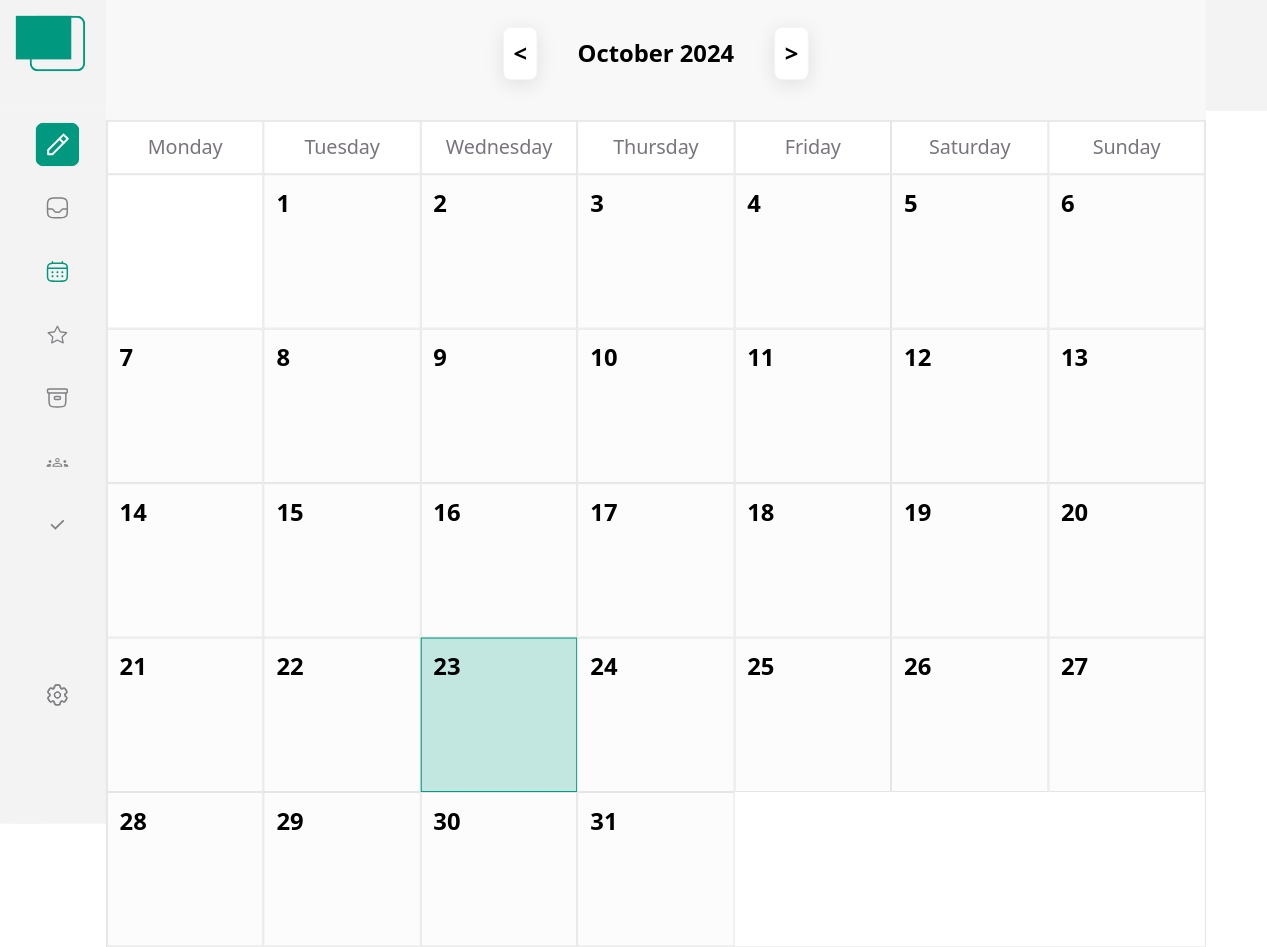
Repository: Tofigkh1/Nomail-App
Page: /calendar
These files come from the project's save history. The page is drawn as it stood at one moment and after the next save; the edit follows.
The browser window is 1280 px wide. The pictures show the whole page, at 99% of full size.
The project was rebuilt for these pictures with package versions that can differ from the ones it lists, and the page was loaded fresh each time. The framework's server and built-in components were replaced by stand-ins that run in the browser. Also part of the build but not shown: next.config.mjs, components/shared/svg/calendarSvg.jsx.

Above is the page before, as saved 2024-10-23 03:20:55.

### app/layout.tsx
import type { Metadata } from "next";
import localFont from "next/font/local";
import "./Styles/globals.css";
import Header from "@/components/shared/client/Header/header";

const geistSans = localFont({
  src: "./fonts/GeistVF.woff",
  variable: "--font-geist-sans",
  weight: "100 900",
});
const geistMono = localFont({
  src: "./fonts/GeistMonoVF.woff",
  variable: "--font-geist-mono",
  weight: "100 900",
});

export const metadata: Metadata = {
  title: "Create Next App",
  description: "Generated by create next app",
};

export default function RootLayout({
  children,
}: Readonly<{
  children: React.ReactNode;
}>) {
  return (
    <html lang="en">
      <body
        className={`${geistSans.variable} ${geistMono.variable} antialiased`}
      >
        {children}

      </body>
    </html>
  );
}

### app/calendar/page.tsx
"use client"
import Header from "@/components/shared/client/Header/header";
import Sidebar, { SidebarContext, SidebarItem } from "@/components/shared/client/SideBarMenu/sideBarMenu";
import NomailPaleSvg from '../../components/shared/svg/nomailPaleSvg';
import NewMail from '../../components/shared/svg/newMail';
import InboxSvg from '../../components/shared/svg/InboxSvg';
import CalendarSvg from '../../components/shared/svg/calendarSvg';
import FavoritesSvg from '../../components/shared/svg/FavoritesSvg';
import ArchiveSvg from '../../components/shared/svg/ArchiveSvg';
import GroupSvg from '../../components/shared/svg/groupSvg';
import TodoSvg from '../../components/shared/svg/TodoSvg';
import { useState } from "react";
import MainFrameMessage from "@/components/shared/client/MainFrameMessage";
import { Calendar } from '../../components/shared/client/Calendar/index';
import { usePathname } from "next/navigation";
import Link from "next/link"; // Link ile yönlendirme yapacağız
import CalendarActiveSvg from "../../components/shared/svg/calendarActiveSvg";
import SettingSvg from "../../components/shared/svg/settingSvg";

export default function CalendarPage() {
    const [expanded, setExpanded] = useState(false); // Sidebar state
    const pathname = usePathname(); // Pathname'i almak için usePathname kullanıldı

    // Sidebar genişliği: genişletildiğinde 250px, daraltıldığında 95px olacak
    const sidebarWidth = expanded ? '200px' : '45px';

    return (
        <div>
            <SidebarContext.Provider value={{ expanded, setExpanded }}>
                <div>
                    <Header />

                    <div className="flex">
                        {/* Sidebar Section */}
                        <div style={{ width: sidebarWidth }}>
                            <Sidebar>
                                <SidebarItem
                                    icon={<NewMail />}
                                    text="New Mail"
                                    active={false}
                                    onClick={() => {}} // Handle clicks if needed
                                />
                                <SidebarItem
                                    icon={<InboxSvg />}
                                    text="Inbox"
                                    active={false}
                                    onClick={() => {}}
                                />
                                  <SidebarItem
                                icon={pathname === '/calendar' ? <CalendarActiveSvg /> : <CalendarSvg />}
                                active={pathname === '/calendar'}
                                text="Calendar"
                                onClick={() => push('/calendar')}
                            />
                                <SidebarItem
                                    icon={<FavoritesSvg />}
                                    text="Favorites"
                                    active={false}
                                    onClick={() => {}}
                                />
                                <SidebarItem
                                    icon={<ArchiveSvg />}
                                    text="Archive"
                                    active={false}
                                    onClick={() => {}}
                                />
                                <SidebarItem
                                    icon={<GroupSvg />}
                                    text="Groups"
                                    active={false}
                                    onClick={() => {}}
                                />
                                <SidebarItem
                                    icon={<TodoSvg />}
                                    text="To do"
                                    active={false}
                                    onClick={() => {}}
                                />
                                   {/* Settings item moved to the bottom */}
                            <div className=" mt-28">
                                <SidebarItem
                                    icon={<SettingSvg />}
                                    text="Settings"
                                    active={false}
                                    onClick={() => {}}
                                />
                            </div>
                            </Sidebar>
                        </div>
                        <div className="flex flex-grow justify-center items-center h-screen flex-col font-semibold text-textGray gap-7 text-2xl">
                   <Calendar/>
                        </div>


                    </div>
                </div>
            </SidebarContext.Provider>
        </div>
    );
}

### app/Styles/globals.css
@tailwind base;
@tailwind components;
@tailwind utilities;


.App {
  font-family: sans-serif;
  text-align: center;
}


:root {
  --background: #ffffff;
  --foreground: #171717;
}

@media (prefers-color-scheme: dark) {
  :root {
    --background: #0a0a0a;
    --foreground: #ededed;
  }
}


@layer utilities {
  .text-balance {
    text-wrap: balance;
  }
}

### components/shared/client/Header/header.tsx
import { useContext } from "react";
import { SidebarContext } from '../SideBarMenu/sideBarMenu'; // Import context
import NomailLogo from "@/components/shared/svg/headerlLogoSvg";
import HamburgerBtnSvg from "../../svg/hamburgerBtnSvg"



export default function Header() {

    const { expanded, setExpanded } = useContext(SidebarContext); // Access context

    return (
        <div className="flex items-center justify-between p-4 bg-headerColor text-white">
            <div className='w-auto h-20 flex gap-14'>

                <div>
                    <button onClick={() => setExpanded(!expanded)}
                            className="pl-3.5 bg-textColorGreen hover:bg-clientButtonGreen w-14 h-11">
                        <HamburgerBtnSvg/>
                    </button>
                </div>

                <div>
                    <NomailLogo/>
                </div>


            </div>
        </div>
    );
}

### components/shared/client/SideBarMenu/sideBarMenu.tsx
import React, { useState, useContext, ReactNode } from "react";
import { ChevronFirst, ChevronLast } from "lucide-react";

export const SidebarContext = React.createContext<{ expanded: boolean; setExpanded: (expanded: boolean) => void; }>({
    expanded: false,
    setExpanded: () => {},
});

// Sidebar component now depends on context for state
export default function Sidebar({ children }: { children: ReactNode }) {
    const { expanded, setExpanded } = useContext(SidebarContext);

    return (
        <aside className="h-screen bg-headerColor">
            <nav
                className={`h-full flex flex-col bg-headerColor border-r border-whiteLight3 transition-all duration-200 ease-in-out ml-3 ${expanded ? "w-[127%] h-[130%] " : "w-[99px]"}`}>

                <ul className=" flex-1 px-3">{children}</ul>
            </nav>
        </aside>
    );
}

// SidebarItem component for individual items inside the sidebar
type SidebarItemProps = {
    icon: ReactNode;   // Icon to display in the sidebar item
    text: string;      // Text to display in the sidebar item
    active: boolean;   // Boolean to determine if the item is active (highlighted)
    onClick: () => void; // Add onClick function to handle clicks
    style?: React.CSSProperties;
};

export function SidebarItem({icon, text, active, onClick,style}: SidebarItemProps) {
    const context = useContext(SidebarContext); // Sidebar context to manage expanded/collapsed state
    const {expanded} = context!;

    return (
        <li
            onClick={onClick} // Attach the click handler here
            style={style}
            className={`group relative flex items-center py-2 px-3 my-1 font-medium rounded-md cursor-pointer duration-300 ease-in-out transition-colors
          ${
                active
                    ? " text-mainRedLight " // Active item style
                    : " text-gray-600 " // Hover style for non-active items
            }`}
        >

            <span className="text-xl transition-all duration-300 ease-in-out">
        {icon}
      </span>

            {/* Text büyütüldü ve boşluk artırıldı */}
            {expanded && (
                <span className="ml-4 text-xl text-black transition-all duration-300 ease-in-out ">
          {text}
        </span>
            )}

            {/* Navbar kapalıyken hover ile çıkan isimler için arka plan yeşil yapıldı */}
            {!expanded && (
                <span
                    className={` absolute left-full whitespace-nowrap bg-textColorGreen text-white rounded-md py-1 px-2 transition-all duration-300 ease-in-out ml-2 opacity-0 group-hover:opacity-100`}
                >
          {text}
        </span>
            )}
        </li>
    );
}

### components/shared/svg/newMail.jsx
'use client'
export default function  newMail(){
    return(
        <>
            <svg width="44" height="44" viewBox="0 0 44 44" fill="none" xmlns="http://www.w3.org/2000/svg">
                <rect width="44" height="44" rx="8" fill="#00987F"/>
                <path fill-rule="evenodd" clip-rule="evenodd"
                      d="M27.5115 11.2439C27.902 10.8534 28.5351 10.8534 28.9257 11.2438L33.1687 15.4863C33.3562 15.6739 33.4616 15.9282 33.4616 16.1935C33.4616 16.4587 33.3562 16.7131 33.1687 16.9006L17.6122 32.4571C17.4247 32.6446 17.1703 32.75 16.9051 32.75H12.6626C12.1103 32.75 11.6626 32.3023 11.6626 31.75V27.5075C11.6626 27.2423 11.768 26.9879 11.9555 26.8004L27.5115 11.2439ZM28.2187 13.3652L13.6626 27.9217V30.75H16.4909L31.0473 16.1935L28.2187 13.3652Z"
                      fill="white"/>
                <path fill-rule="evenodd" clip-rule="evenodd"
                      d="M23.269 15.4864C23.6595 15.0959 24.2927 15.0959 24.6832 15.4864L28.9257 19.7289C29.3162 20.1194 29.3162 20.7526 28.9257 21.1431C28.5352 21.5336 27.902 21.5336 27.5115 21.1431L23.269 16.9006C22.8784 16.5101 22.8784 15.8769 23.269 15.4864Z"
                      fill="white"/>
            </svg>


        </>
    )
}

### components/shared/svg/FavoritesSvg.jsx
'use client'
export default function  favoritesSvg(){
    return(
        <>
            <svg width="44" height="44" viewBox="0 0 44 44" fill="none" xmlns="http://www.w3.org/2000/svg">
                <path
                    d="M15.5808 30.2201C15.4833 30.7528 16.0307 31.1692 16.5132 30.9316L22.0006 28.2246L27.4868 30.9316C27.9693 31.1692 28.5168 30.7528 28.4193 30.2213L27.3818 24.5457L31.7842 20.5188C32.1967 20.142 31.9842 19.4533 31.4317 19.3789L25.3093 18.5438L22.5794 13.3517C22.5274 13.2465 22.4453 13.1576 22.3428 13.0953C22.2402 13.0331 22.1214 13 22 13C21.8787 13 21.7598 13.0331 21.6573 13.0953C21.5547 13.1576 21.4727 13.2465 21.4206 13.3517L18.6907 18.545L12.5683 19.3801C12.0171 19.4545 11.8033 20.1432 12.2146 20.52L16.6182 24.5469L15.5808 30.2225V30.2201ZM21.7119 26.8999L17.1045 29.1725L17.972 24.4245C17.9928 24.3152 17.9852 24.2026 17.9496 24.0969C17.914 23.9911 17.8517 23.8955 17.7682 23.8185L14.1358 20.4948L19.2007 19.8037C19.3054 19.788 19.4046 19.7484 19.4901 19.6883C19.5756 19.6281 19.6448 19.5492 19.6919 19.4581L21.9981 15.0688L24.3068 19.4581C24.354 19.5492 24.4232 19.6281 24.5086 19.6883C24.5941 19.7484 24.6934 19.788 24.7981 19.8037L29.863 20.4936L26.2306 23.8173C26.1469 23.8944 26.0844 23.9903 26.0488 24.0962C26.0133 24.2022 26.0057 24.315 26.0268 24.4245L26.8943 29.1725L22.2869 26.8999C22.1979 26.8555 22.0991 26.8324 21.9988 26.8324C21.8985 26.8324 21.8009 26.8555 21.7119 26.8999Z"
                    fill="#A4A4A9"/>
                <path
                    d="M15.5808 30.2201C15.4833 30.7528 16.0307 31.1692 16.5132 30.9316L22.0006 28.2246L27.4868 30.9316C27.9693 31.1692 28.5168 30.7528 28.4193 30.2213L27.3818 24.5457L31.7842 20.5188C32.1967 20.142 31.9842 19.4533 31.4317 19.3789L25.3093 18.5438L22.5794 13.3517C22.5274 13.2465 22.4453 13.1576 22.3428 13.0953C22.2402 13.0331 22.1214 13 22 13C21.8787 13 21.7598 13.0331 21.6573 13.0953C21.5547 13.1576 21.4727 13.2465 21.4206 13.3517L18.6907 18.545L12.5683 19.3801C12.0171 19.4545 11.8033 20.1432 12.2146 20.52L16.6182 24.5469L15.5808 30.2225V30.2201ZM21.7119 26.8999L17.1045 29.1725L17.972 24.4245C17.9928 24.3152 17.9852 24.2026 17.9496 24.0969C17.914 23.9911 17.8517 23.8955 17.7682 23.8185L14.1358 20.4948L19.2007 19.8037C19.3054 19.788 19.4046 19.7484 19.4901 19.6883C19.5756 19.6281 19.6448 19.5492 19.6919 19.4581L21.9981 15.0688L24.3068 19.4581C24.354 19.5492 24.4232 19.6281 24.5086 19.6883C24.5941 19.7484 24.6934 19.788 24.7981 19.8037L29.863 20.4936L26.2306 23.8173C26.1469 23.8944 26.0844 23.9903 26.0488 24.0962C26.0133 24.2022 26.0057 24.315 26.0268 24.4245L26.8943 29.1725L22.2869 26.8999C22.1979 26.8555 22.0991 26.8324 21.9988 26.8324C21.8985 26.8324 21.8009 26.8555 21.7119 26.8999Z"
                    fill="black" fill-opacity="0.2"/>
            </svg>


        </>
    )
}

### components/shared/svg/ArchiveSvg.jsx
'use client'
export default function archiveSvg(){
    return(
        <>
            <svg width="44" height="44" viewBox="0 0 44 44" fill="none" xmlns="http://www.w3.org/2000/svg">
                <path
                    d="M19 22C19 21.534 19 21.301 19.076 21.117C19.1777 20.8725 19.3723 20.6783 19.617 20.577C19.801 20.5 20.034 20.5 20.5 20.5H23.5C23.966 20.5 24.199 20.5 24.383 20.576C24.6275 20.6777 24.8217 20.8723 24.923 21.117C25 21.301 25 21.534 25 22C25 22.466 25 22.699 24.924 22.883C24.8223 23.1275 24.6277 23.3217 24.383 23.423C24.199 23.5 23.966 23.5 23.5 23.5H20.5C20.034 23.5 19.801 23.5 19.617 23.424C19.3725 23.3223 19.1783 23.1277 19.077 22.883C19 22.699 19 22.466 19 22Z"
                    stroke="#A4A4A9" stroke-width="1.5"/>
                <path
                    d="M19 22C19 21.534 19 21.301 19.076 21.117C19.1777 20.8725 19.3723 20.6783 19.617 20.577C19.801 20.5 20.034 20.5 20.5 20.5H23.5C23.966 20.5 24.199 20.5 24.383 20.576C24.6275 20.6777 24.8217 20.8723 24.923 21.117C25 21.301 25 21.534 25 22C25 22.466 25 22.699 24.924 22.883C24.8223 23.1275 24.6277 23.3217 24.383 23.423C24.199 23.5 23.966 23.5 23.5 23.5H20.5C20.034 23.5 19.801 23.5 19.617 23.424C19.3725 23.3223 19.1783 23.1277 19.077 22.883C19 22.699 19 22.466 19 22Z"
                    stroke="black" stroke-opacity="0.2" stroke-width="1.5"/>
                <path
                    d="M30.5 17V23C30.5 26.771 30.5 28.657 29.328 29.828C28.157 31 26.271 31 22.5 31H21.5C17.729 31 15.843 31 14.672 29.828C13.5 28.657 13.5 26.771 13.5 23V17"
                    stroke="#A4A4A9" stroke-width="1.5" stroke-linecap="round"/>
                <path
                    d="M30.5 17V23C30.5 26.771 30.5 28.657 29.328 29.828C28.157 31 26.271 31 22.5 31H21.5C17.729 31 15.843 31 14.672 29.828C13.5 28.657 13.5 26.771 13.5 23V17"
                    stroke="black" stroke-opacity="0.2" stroke-width="1.5" stroke-linecap="round"/>
                <path
                    d="M12 15C12 14.057 12 13.586 12.293 13.293C12.586 13 13.057 13 14 13H30C30.943 13 31.414 13 31.707 13.293C32 13.586 32 14.057 32 15C32 15.943 32 16.414 31.707 16.707C31.414 17 30.943 17 30 17H14C13.057 17 12.586 17 12.293 16.707C12 16.414 12 15.943 12 15Z"
                    stroke="#A4A4A9" stroke-width="1.5"/>
                <path
                    d="M12 15C12 14.057 12 13.586 12.293 13.293C12.586 13 13.057 13 14 13H30C30.943 13 31.414 13 31.707 13.293C32 13.586 32 14.057 32 15C32 15.943 32 16.414 31.707 16.707C31.414 17 30.943 17 30 17H14C13.057 17 12.586 17 12.293 16.707C12 16.414 12 15.943 12 15Z"
                    stroke="black" stroke-opacity="0.2" stroke-width="1.5"/>
            </svg>

        </>
    )
}

### components/shared/svg/TodoSvg.jsx
'use client'
export default function  todoSvg(){
    return(
        <>
            <svg width="44" height="44" viewBox="0 0 44 44" fill="none" xmlns="http://www.w3.org/2000/svg">
                <path d="M19.8957 27L15 22.2599L16.2239 21.0748L19.8957 24.6299L27.7761 17L29 18.185L19.8957 27Z"
                      fill="#A4A4A9"/>
                <path d="M19.8957 27L15 22.2599L16.2239 21.0748L19.8957 24.6299L27.7761 17L29 18.185L19.8957 27Z"
                      fill="black" fill-opacity="0.2"/>
            </svg>

        </>
    )
}

### components/shared/svg/calendarActiveSvg.jsx
'use client'
export default function  calendarActiveSvg(){
    return(
        <>



     <svg width="44" height="44" viewBox="0 0 44 44" fill="none" xmlns="http://www.w3.org/2000/svg">
<path fill-rule="evenodd" clip-rule="evenodd" d="M15.711 14.8898C14.7049 15.0251 14.1254 15.2789 13.7026 15.7021C13.2793 16.125 13.0251 16.7049 12.8898 17.711C12.7516 18.7386 12.75 20.0933 12.75 22V24C12.75 25.9067 12.7516 27.2614 12.8898 28.289C13.0251 29.2951 13.2789 29.8746 13.7021 30.2974C14.125 30.7207 14.7049 30.9749 15.711 31.1102C16.7386 31.2484 18.0933 31.25 20 31.25H24C25.9067 31.25 27.2614 31.2484 28.289 31.1102C29.2951 30.9749 29.8746 30.7211 30.2974 30.2979C30.7207 29.875 30.9749 29.2951 31.1102 28.289C31.2484 27.2614 31.25 25.9067 31.25 24V22C31.25 20.0933 31.2484 18.7386 31.1102 17.711C30.9749 16.7049 30.7211 16.1254 30.2979 15.7026C29.875 15.2793 29.2951 15.0251 28.289 14.8898C27.2614 14.7516 25.9067 14.75 24 14.75H20C18.0933 14.75 16.7386 14.7516 15.711 14.8898ZM19.9436 13.25H24.0564C25.8941 13.25 27.3497 13.25 28.489 13.4032C29.6612 13.5608 30.6101 13.893 31.3581 14.6414C32.1069 15.3896 32.4391 16.3386 32.5968 17.511C32.75 18.6503 32.75 20.1059 32.75 21.9436V24.0565C32.75 25.8941 32.75 27.3498 32.5968 28.489C32.4391 29.6613 32.1069 30.6102 31.3583 31.3583C30.6102 32.1069 29.6613 32.4391 28.489 32.5968C27.3498 32.75 25.8941 32.75 24.0565 32.75H19.9436C18.1059 32.75 16.6503 32.75 15.511 32.5968C14.3386 32.4391 13.3896 32.1069 12.6414 31.3581C11.893 30.6101 11.5608 29.6612 11.4032 28.489C11.25 27.3497 11.25 25.8941 11.25 24.0564V21.9436C11.25 20.1059 11.25 18.6503 11.4032 17.511C11.5609 16.3387 11.8931 15.3898 12.6417 14.6417C13.3898 13.8931 14.3387 13.5609 15.511 13.4032C16.6503 13.25 18.1059 13.25 19.9436 13.25Z" fill="#00987F"/>
<path fill-rule="evenodd" clip-rule="evenodd" d="M17 11.75C17.4142 11.75 17.75 12.0858 17.75 12.5V14C17.75 14.4142 17.4142 14.75 17 14.75C16.5858 14.75 16.25 14.4142 16.25 14V12.5C16.25 12.0858 16.5858 11.75 17 11.75ZM27 11.75C27.4142 11.75 27.75 12.0858 27.75 12.5V14C27.75 14.4142 27.4142 14.75 27 14.75C26.5858 14.75 26.25 14.4142 26.25 14V12.5C26.25 12.0858 26.5858 11.75 27 11.75ZM11.75 19C11.75 18.5858 12.0858 18.25 12.5 18.25H31.5C31.9142 18.25 32.25 18.5858 32.25 19C32.25 19.4142 31.9142 19.75 31.5 19.75H12.5C12.0858 19.75 11.75 19.4142 11.75 19Z" fill="#00987F"/>
<path d="M28 27C28 27.2652 27.8946 27.5196 27.7071 27.7071C27.5196 27.8946 27.2652 28 27 28C26.7348 28 26.4804 27.8946 26.2929 27.7071C26.1054 27.5196 26 27.2652 26 27C26 26.7348 26.1054 26.4804 26.2929 26.2929C26.4804 26.1054 26.7348 26 27 26C27.2652 26 27.5196 26.1054 27.7071 26.2929C27.8946 26.4804 28 26.7348 28 27ZM28 23C28 23.2652 27.8946 23.5196 27.7071 23.7071C27.5196 23.8946 27.2652 24 27 24C26.7348 24 26.4804 23.8946 26.2929 23.7071C26.1054 23.5196 26 23.2652 26 23C26 22.7348 26.1054 22.4804 26.2929 22.2929C26.4804 22.1054 26.7348 22 27 22C27.2652 22 27.5196 22.1054 27.7071 22.2929C27.8946 22.4804 28 22.7348 28 23ZM23 27C23 27.2652 22.8946 27.5196 22.7071 27.7071C22.5196 27.8946 22.2652 28 22 28C21.7348 28 21.4804 27.8946 21.2929 27.7071C21.1054 27.5196 21 27.2652 21 27C21 26.7348 21.1054 26.4804 21.2929 26.2929C21.4804 26.1054 21.7348 26 22 26C22.2652 26 22.5196 26.1054 22.7071 26.2929C22.8946 26.4804 23 26.7348 23 27ZM23 23C23 23.2652 22.8946 23.5196 22.7071 23.7071C22.5196 23.8946 22.2652 24 22 24C21.7348 24 21.4804 23.8946 21.2929 23.7071C21.1054 23.5196 21 23.2652 21 23C21 22.7348 21.1054 22.4804 21.2929 22.2929C21.4804 22.1054 21.7348 22 22 22C22.2652 22 22.5196 22.1054 22.7071 22.2929C22.8946 22.4804 23 22.7348 23 23ZM18 27C18 27.2652 17.8946 27.5196 17.7071 27.7071C17.5196 27.8946 17.2652 28 17 28C16.7348 28 16.4804 27.8946 16.2929 27.7071C16.1054 27.5196 16 27.2652 16 27C16 26.7348 16.1054 26.4804 16.2929 26.2929C16.4804 26.1054 16.7348 26 17 26C17.2652 26 17.5196 26.1054 17.7071 26.2929C17.8946 26.4804 18 26.7348 18 27ZM18 23C18 23.2652 17.8946 23.5196 17.7071 23.7071C17.5196 23.8946 17.2652 24 17 24C16.7348 24 16.4804 23.8946 16.2929 23.7071C16.1054 23.5196 16 23.2652 16 23C16 22.7348 16.1054 22.4804 16.2929 22.2929C16.4804 22.1054 16.7348 22 17 22C17.2652 22 17.5196 22.1054 17.7071 22.2929C17.8946 22.4804 18 22.7348 18 23Z" fill="#00987F"/>
</svg>



        </>
    )
}

### components/shared/svg/hamburgerBtnSvg.jsx
'use client'
export default function  HamburgerBtnSvg(){
    return(
        <>
            <svg width="56" height="56" viewBox="0 0 56 56" fill="none" xmlns="http://www.w3.org/2000/svg">
                <rect x="1" y="1" width="54" height="54" rx="7" stroke="#00987F" stroke-width="2"/>
                <path d="M19 22H37V24H19V22ZM19 27H37V29H19V27ZM19 32H37V34H19V32Z" fill="#00987F"/>
            </svg>


        </>
    )
}

### tailwind.config.ts
import type { Config } from "tailwindcss";

const config: Config = {
  content: [
    "./pages/**/*.{js,ts,jsx,tsx,mdx}",
    "./components/**/*.{js,ts,jsx,tsx,mdx}",
    "./app/**/*.{js,ts,jsx,tsx,mdx}",
  ],
  theme: {
    extend: {
      colors: {
        background: "var(--background)",
        foreground: "var(--foreground)",
        headerColor: "#F3F3F3",
        textColorGreen: "#00987F",
        textGray: "#A4A4A9",
        sideBarColor: "#E5E5E5",
        textColGreen: "#00987F",
        bordersColor: "#D1D1D6"
      },
    },
  },
  plugins: [],
};
export default config;

Loaded but not shown: components/shared/svg/settingSvg.jsx (25 lines, source omitted); components/shared/client/Calendar/index.jsx (361 lines, source omitted); components/shared/svg/InboxSvg.jsx (17 lines, source omitted); components/shared/svg/groupSvg.jsx (17 lines, source omitted); components/shared/svg/headerlLogoSvg.jsx (38 lines, source omitted); components/shared/client/Calendar/Calendar.css (259 lines, source omitted)

After the next save:
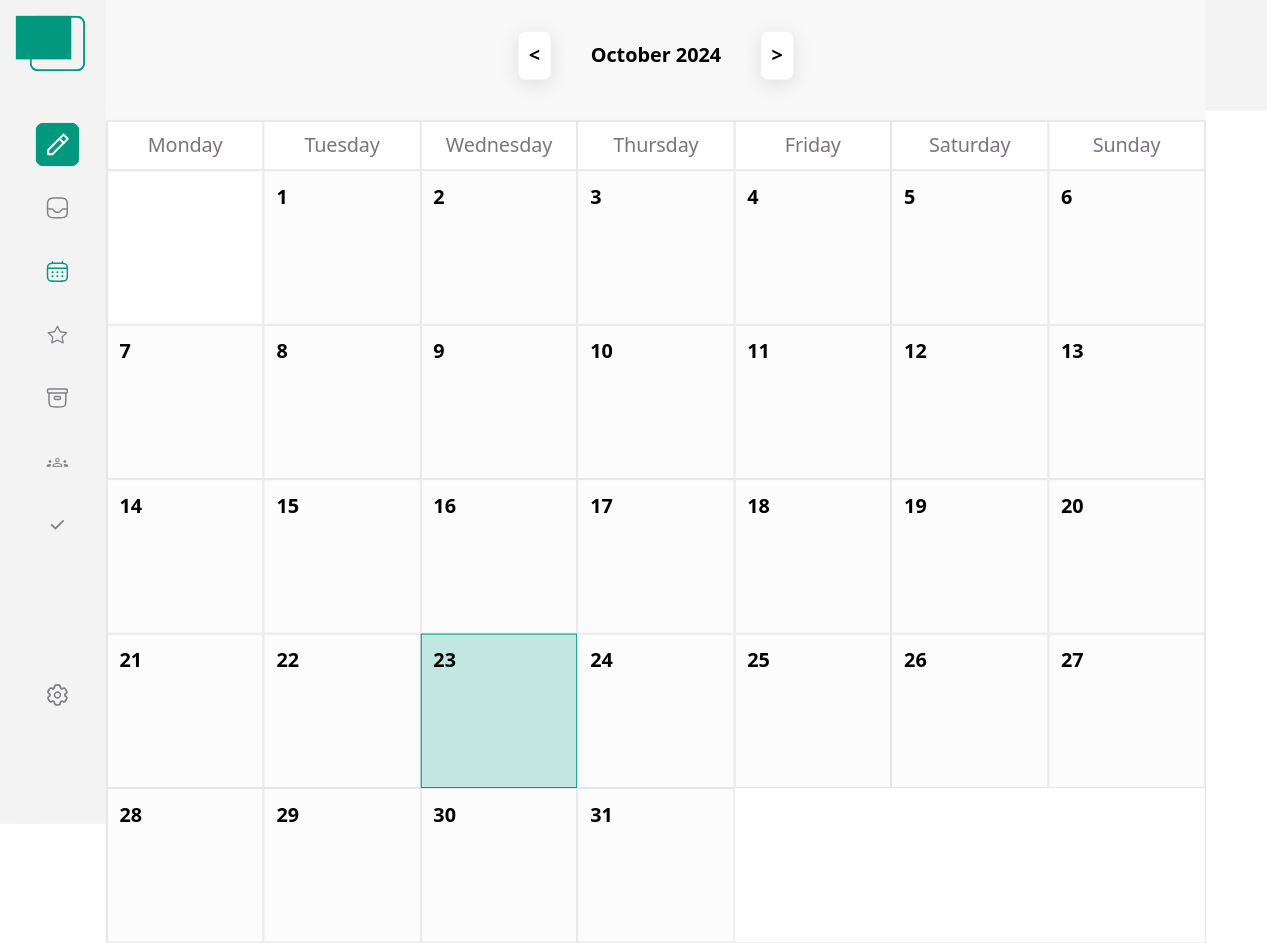
Saved 9 s later.
--- a/app/calendar/page.tsx
+++ b/app/calendar/page.tsx
@@ -87,7 +87,7 @@ export default function CalendarPage() {
                             </div>
                             </Sidebar>
                         </div>
-                        <div className="flex flex-grow justify-center items-center h-screen flex-col font-semibold text-textGray gap-7 text-2xl">
+                        <div className="flex flex-grow justify-center items-center h-screen flex-col font-semibold text-textGray gap-7 text-xl">
                    <Calendar/>
                         </div>
 
